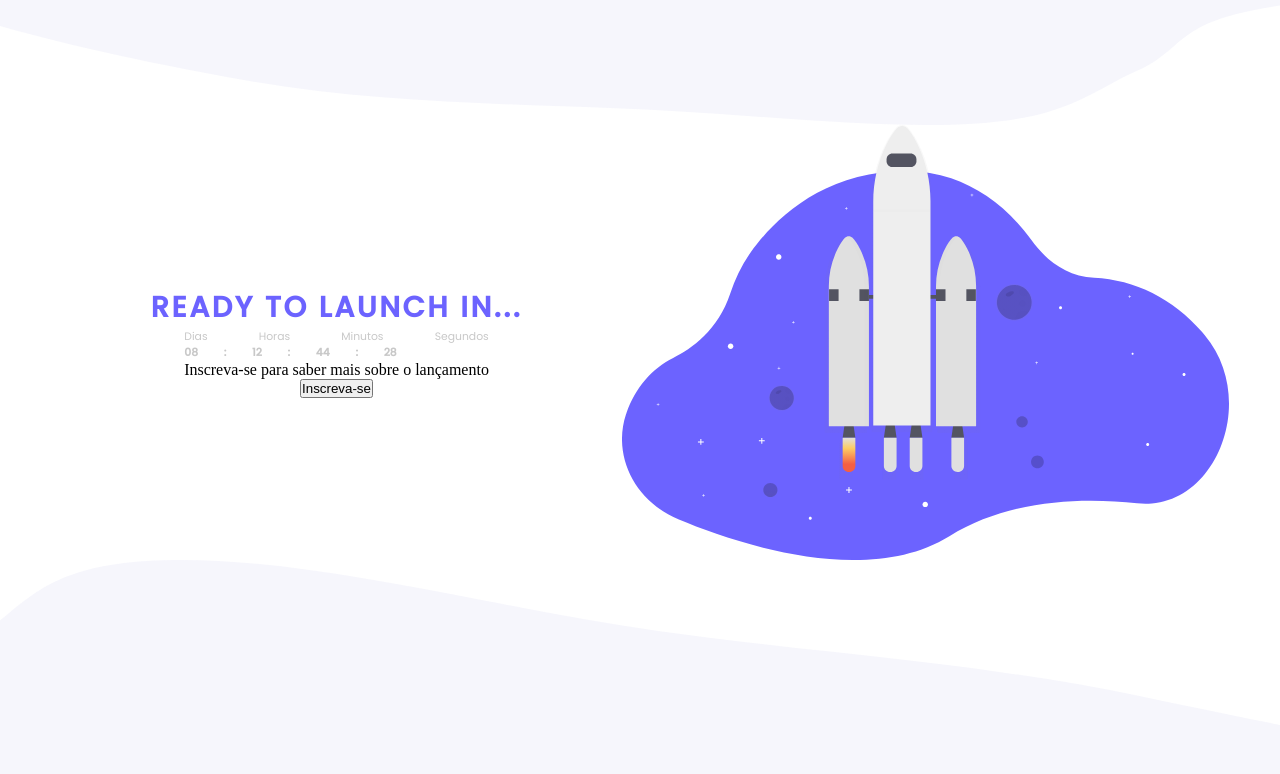
Repository: BrunoBross/countdown
Page: index.html
The author's editor kept a copy of each file at every save. The page is drawn from the files as they stood at one save, then again after a run of saves.
The browser window is 1280 px wide. The pictures show the whole page.

Above is the page before, as saved 2021-11-30 00:51:52.

### index.html
<!DOCTYPE html>
<html lang="en">
<head>
  <meta charset="UTF-8">
  <meta http-equiv="X-UA-Compatible" content="IE=edge">
  <meta name="viewport" content="width=device-width, initial-scale=1.0">
  <title>Document</title>
  <link rel="stylesheet" href="./style.css">
  <link rel="preconnect" href="https://fonts.googleapis.com">
  <link rel="preconnect" href="https://fonts.gstatic.com" crossorigin>
  <link href="https://fonts.googleapis.com/css2?family=Poppins:wght@300;400;500&display=swap" rel="stylesheet">
</head>
<body>
  <div class="background">
    <img class="image" id="top" src="./assets/top-image.svg" alt="">
    <div class="center">
      <div class="content">
        <h1>READY TO LAUNCH IN...</h1>
        <div class="clock">
          <div class="labels">
            <p>Dias</p>
            <p>Horas</p>
            <p>Minutos</p>
            <p>Segundos</p>
          </div>
          <div class="time">
            <h1>08</h1>
            <h1>:</h1>
            <h1>12</h1>
            <h1>:</h1>
            <h1>44</h1>
            <h1>:</h1>
            <h1>28</h1>
          </div>
        </div>
        <p>Inscreva-se para saber mais sobre o lançamento</p>
        <button>Inscreva-se</button>
      </div>
      <img id="rocket" src="./assets/rocket.svg" alt="">
    </div>
    <img class="image" id="bottom" src="./assets/bottom-image.svg" alt="">
  </div>
</body>

<script src="./script.js"></script>
</html>

### style.css
*{
  padding: 0;
  margin: 0;
}

body{
  background-color: #FFF;
}

.background{
  height: 100vh;
  display: flex;
  flex-direction: column;
  justify-content: space-between;
}

.center{
  padding: 0 4vw;
  display: flex;
  justify-content: space-between;
}

.image{
  width: 100vw;
}

.clock{
  display: flex;
  flex-direction: column;
}

.labels{
  display: flex;
}

.time{
  display: flex;
}

.content{
  width: 50vw;
  display: flex;
  flex-direction: column;
  justify-content: center;
  align-items: center;
}

.content > h1{
  color: #6C63FF;
  font-family: 'Poppins', 'sans-serif';
  font-weight: 700;
  font-size: 4vh;
  letter-spacing: 0.2vw;
}

.labels{
  display: flex;
  gap: 4vw;
}

.labels > p{
  color: #C8C8C8;
  font-family: 'Poppins', 'sans-serif';
  font-size: 1.5vh;
}

.time{
  display: flex;
  gap: 2vw;
}

.time > h1{
  color: #C8C8C8;
  font-family: 'Poppins', 'sans-serif';
  font-size: 1.5vh;
}

Loaded but not shown: script.js (no copy from this time; the picture is the same without it)

After the next 2 saves:
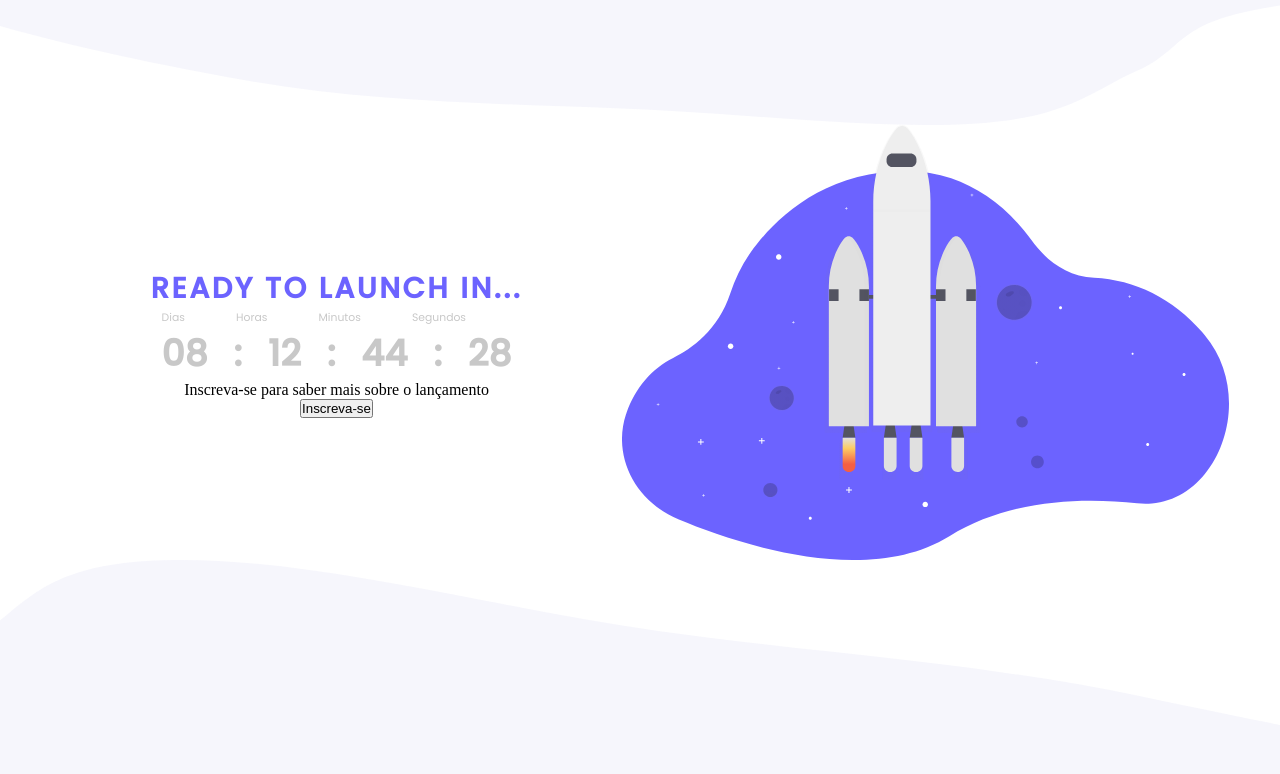
The 2 saves are shown as one change because they came seconds apart.
The last was saved 8 s later.
--- a/style.css
+++ b/style.css
@@ -72,5 +72,5 @@ body{
 .time > h1{
   color: #C8C8C8;
   font-family: 'Poppins', 'sans-serif';
-  font-size: 1.5vh;
+  font-size: 5vh;
 }
